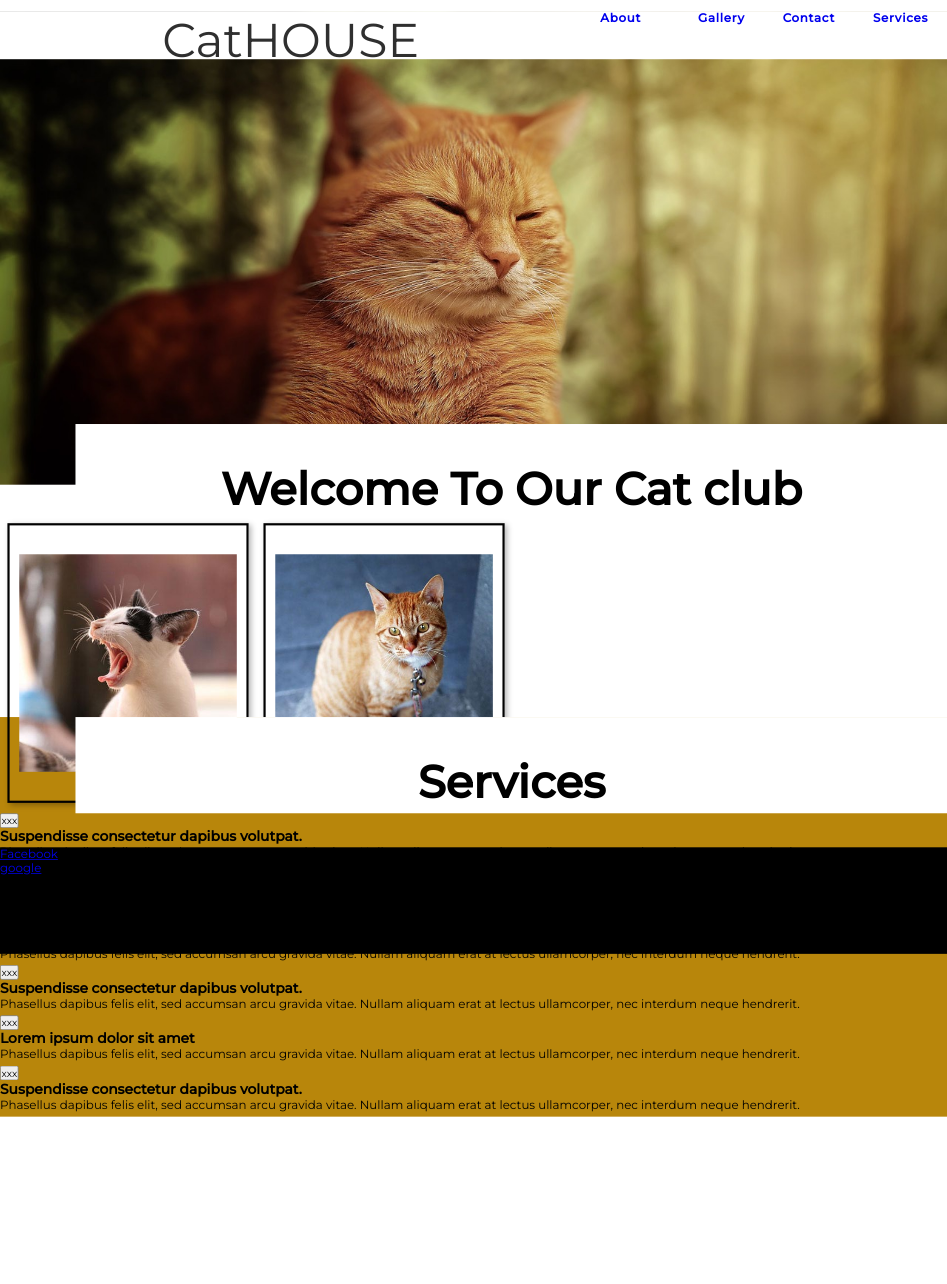
Repository: raul4264/final
Page: index.html
An editor plug-in stored every save of this project. The page is shown before and after the next save, followed by the edit.
The browser window is 1280 px wide. The pictures show the whole page, at 74% of full size.

Above is the page before, as saved 2021-03-23 13:25:52.

### index.html
<!DOCTYPE html>
<html lang="en">

<head>
    <meta charset="UTF-8" />
    <meta http-equiv="X-UA-Compatible" content="IE=edge" />
    <meta name="viewport" content="width=device-width, initial-scale=1.0" />
    <title>Cat House/Raul Novas</title>
    <link href="css/estilos.css" rel="stylesheet" type="text/css" />
</head>

<body>
<div id="grilla">
    <header>

        <div class="banner">


            <nav>
                <div class="item1"></div>
                <div class="item2"><span>Cat</span><span>HOUSE</span></div>


                <ul class="flex-container">
                    <li class="item3"><a href="about.html">About</li>
                    <li class="item4"><a href="Gallery.html">Gallery</a></li>
                    <li class="item5"><a href="Contact.html">Contact</a></li>
                    <li class="item6"><a href="Services.html ">Services</a></li>
                </ul>
            </nav>
        </div>

    </header>


    <main>
        <section class="welcome">
            <h2>Welcome To Our Cat club</h2>


               <!--  <div class="welomecaja1 ">
                    <img src="images/2.jpg " alt="imagen2 " />
                    <img src="images/3.jpg " alt="imagen3 " />
                </div>
 -->
                <div class="cards">
                    <img src="images/2.jpg" alt="Sample photo">
                    <img src="images/3.jpg" alt="Sample photo">
                   </div>

              <!--   <div class="welcomecaja2 ">
                    <p class="uno">Donec posuere cursus nibh. Mauris a sollicitudin metus. Mauris porttitor, dui maximus viverra
                        bibendum</p>
                <p class="dos">Nulla massa magna, luctus at justo et, euismod convallis mauris. Pellentesque habitant morbi tristique senectus et netus et malesuada fames ac turpis egestas. Mauris rutrum fringilla fermentum.
                </p>
                <p class="dosbis">Donec tincidunt, eros quis consectetur maximus, nibh justo pretium diam, id vehicula lacus
                        nunc eu orci. Aliquam molestie, nibh vitae pharetra semper, nunc nisi laoreet diam, et placerat
                        nulla quam non leo.</p>
                </div> -->

        </section>

        <section class="services">
            <h2>Services</h2>
            <div>
            <button>xxx</button>
            <h3>Suspendisse consectetur dapibus volutpat.</h3>
            <p>
                Phasellus dapibus felis elit, sed accumsan arcu gravida vitae. Nullam aliquam erat at lectus
                ullamcorper, nec interdum neque hendrerit.</p>
            </div>
            <div>
            <button>xxx</button>
            <h3>Lorem ipsum dolor sit amet</h3>
            <p>Phasellus dapibus felis elit, sed accumsan arcu gravida vitae. Nullam aliquam erat at lectus
                ullamcorper,
                nec interdum neque hendrerit.</p>
            </div>
            <div>
            <button>xxx</button>
            <h3>Suspendisse consectetur dapibus volutpat.</h3>
            <p>
                Phasellus dapibus felis elit, sed accumsan arcu gravida vitae. Nullam aliquam erat at lectus
                ullamcorper, nec interdum neque hendrerit.</p>
            </div>
            <div>
            <button>xxx</button>
            <h3>Suspendisse consectetur dapibus volutpat.</h3>
            <p>

                Phasellus dapibus felis elit, sed accumsan arcu gravida vitae. Nullam aliquam erat at lectus
                ullamcorper, nec interdum neque hendrerit.
            </p>
        </div>
        <div>
            <button>xxx</button>
            <h3>Lorem ipsum dolor sit amet
            </h3>
            <p>Phasellus dapibus felis elit, sed accumsan arcu gravida vitae. Nullam aliquam erat at lectus
                ullamcorper, nec interdum neque hendrerit.</p>
            </div>
            <div>
            <button>xxx</button>
            <h3>Suspendisse consectetur dapibus volutpat.</h3>
            <p>Phasellus dapibus felis elit, sed accumsan arcu gravida vitae. Nullam aliquam erat at lectus
                ullamcorper, nec interdum neque hendrerit.</p>
            </div>
            </section>
    </main>



    <footer>
        <ol>
            <li>
                <a href="http://www.facebook.com " target="blanck ">Facebook</a>
            </li>
            <li><a href="http://www.google.com " target="blanck ">google</a></li>
        </ol>
    </footer>
</div>
</body>

</html>

### css/estilos.css
@import url('https://fonts.googleapis.com/css2?family=Montserrat:wght@400;500&display=swap');
@import url('https://fonts.googleapis.com/css2?family=Montserrat:wght@400;500&family=Poppins:wght@300&display=swap');
* {
    font-family: 'Montserrat', sans-serif;
    margin: 0 ;
    padding: 0;
}
#grilla{
    display: grid;
    grid-template-columns: 100%;
    grid-template-rows:33% 33% 33% ;
}
header{
    grid-column-start:1 ;
    grid-column-end: 2;
    grid-row-start: 1;
    grid-row-end: 2;
}
main{ grid-column-start:1 ;
    grid-column-end: 2;
    grid-row-start: 2;
    grid-row-end: 3;
}
footer{ grid-column-start:1 ;
    grid-column-end: 2;
    grid-row-start: 3;
    grid-row-end: 4;
}
.banner {
    background: url(../images/1.jpg) no-repeat 0px 0px;
    background-size: cover;
    padding: 0em 0 4em;
    height: 80vh;
}

nav {
    display: flex;
    flex-direction: row;
    justify-content: space-between;
    height: 9vh;
    background-color: #ffffff;
    margin-top: 15px;
}

nav ul {
    display: flex;
}

nav ul li {
    display: flex;
    list-style: none;
}

nav ul li a {
    text-decoration: none;
    margin-right: 2vw;
}


/*---------------------------------------------------------*/
.welcome{
    height: 55vh;
    display: grid;
    grid-template-columns: ;
    grid-template-rows: ;
}
.cards {
    display: flex;
    flex-wrap: wrap;
    align-items: flex-start;
    flex-direction: row;
    max-height: 100vh;
  }
  .cards img {
    margin: 10px;
    border: 3px solid #000;
    box-shadow: 3px 3px 8px 0px rgba(0,0,0,0.3);
    max-width: 23vw;
  }
.services{
    height: 75vh;
    background-color: darkgoldenrod;
    display: grid;
    grid-template-columns: ;
    grid-template-rows: ;
}
.item1 {
    color: #2f2f2f;
    font-size: 4.5em;
    font-weight: 700;
    flex-grow: 2;
    font-family: 'Raleway', sans-serif;
}

.item2 {
    color: #2f2f2f;
    font-weight: 300;
    font-size: 4em;
    flex-grow: 2;
}

.item3 {
    color: #2f2f2f !important;
    font-size: 1em;
    text-decoration: none;
    margin-left: 2vw;
    font-weight: 600;
    font-family: 'Roboto Condensed', sans-serif;
    letter-spacing: 1px;
    flex-grow: 2;
}

.item4 {
    color: #2f2f2f !important;
    font-size: 1em;
    text-decoration: none;
    padding: 0;
    font-weight: 600;
    font-family: 'Roboto Condensed', sans-serif;
    letter-spacing: 1px;
    flex-grow: 2;
    margin-left: 2vw;
}

.item5 {
    color: #2f2f2f !important;
    font-size: 1em;
    margin: 0;
    text-decoration: none;
    font-weight: 600;
    font-family: 'Roboto Condensed', sans-serif;
    letter-spacing: 1px;
    flex-grow: 1;
    margin-left: 2vw;
}

.item6 {
    color: #2f2f2f !important;
    font-size: 1em;
    text-decoration: none;
    padding: 0;
    font-weight: 600;
    font-family: 'Roboto Condensed', sans-serif;
    letter-spacing: 1px;
    flex-grow: 1;
    margin-left: 2vw;
}

h2 {
    background-color: #ffffff;
    text-align: center;
    font-size: 3.8em;
    padding-top: 7vh;
    margin-left: 8vw;
    display: inline-block;
}

.caja {
    background-color: #ffffff;
    display: flex;
    height: 69vh;
    flex-direction: row;
    justify-content: space-around;
    align-items: center;
    box-sizing: border-box;
}

h1 {
    margin-left: 20vw;
}

.container1 {
    display: flex;
    width: 300px;
    height: 300px;
    margin-left: 120px;
}

img {
    width: 100%;
    height: 100%;
    object-fit: contain;
    padding: 1vw;
}

.container3 {
    width: 27vw;
    margin-right: 29vw;
    font-size: 10px;
    box-sizing: content-box;
    margin-top: 10px;
}

.container3 .uno {
    font-size: 2.1em;
    font-weight: bolder;
    margin-bottom: 5px;
    padding: 10px;
}

.container3 .dos {
    font-size: 1.8em;
    padding: 10px 0;
    margin-top: 10px;
}

.container3 .dosbis {
    font-size: 1.8em;
    padding: 10px 0;
    margin: 10px 0;
}



footer {
    display: flex;
    height: 20vh;
    background-color: black;
}

After the next save:
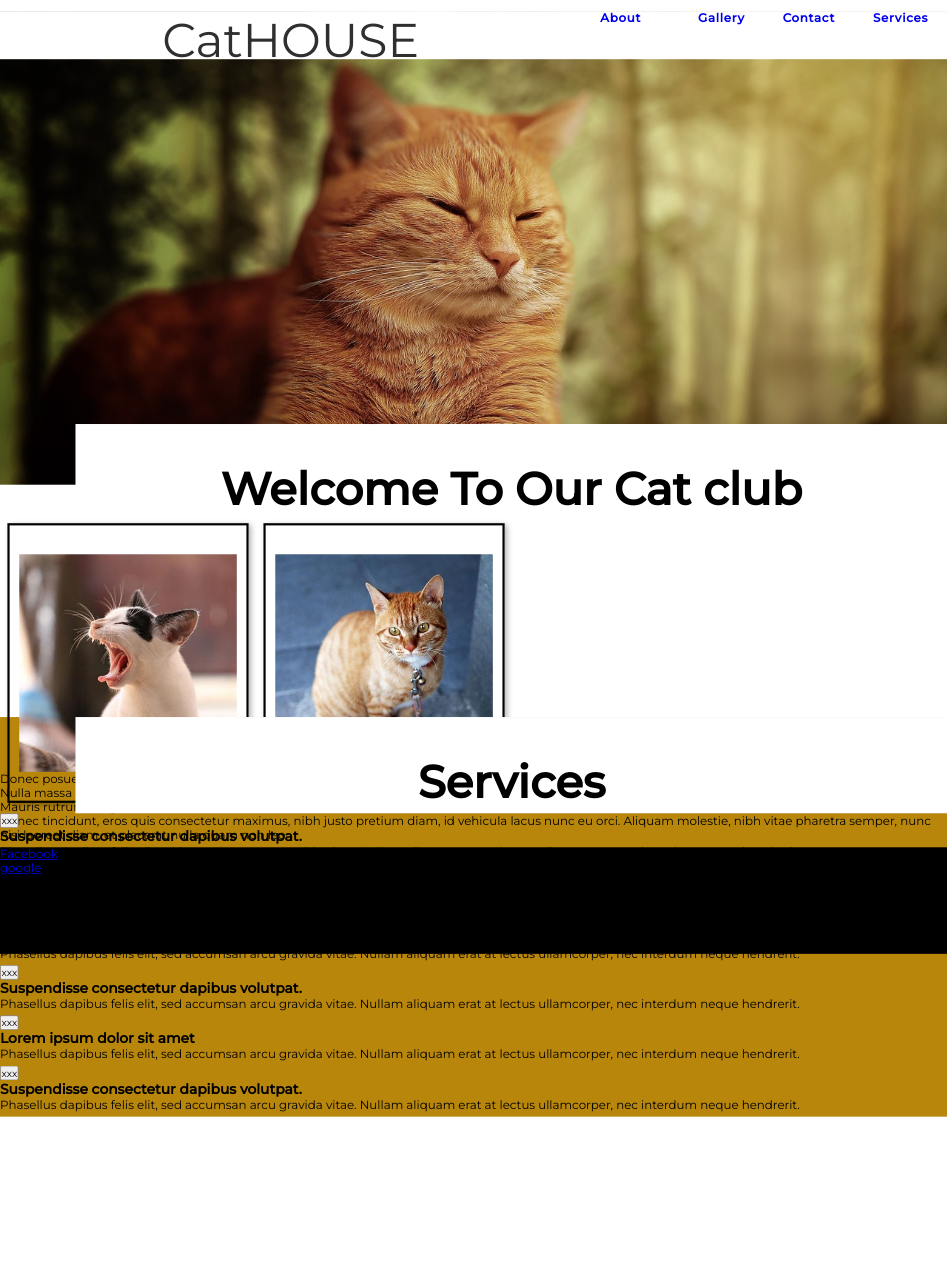
Saved 87 s later.
--- a/index.html
+++ b/index.html
@@ -38,17 +38,13 @@
             <h2>Welcome To Our Cat club</h2>
 
 
-               <!--  <div class="welomecaja1 ">
-                    <img src="images/2.jpg " alt="imagen2 " />
-                    <img src="images/3.jpg " alt="imagen3 " />
-                </div>
- -->
+
                 <div class="cards">
                     <img src="images/2.jpg" alt="Sample photo">
                     <img src="images/3.jpg" alt="Sample photo">
                    </div>
 
-              <!--   <div class="welcomecaja2 ">
+                 <div class="cards2 ">
                     <p class="uno">Donec posuere cursus nibh. Mauris a sollicitudin metus. Mauris porttitor, dui maximus viverra
                         bibendum</p>
                 <p class="dos">Nulla massa magna, luctus at justo et, euismod convallis mauris. Pellentesque habitant morbi tristique senectus et netus et malesuada fames ac turpis egestas. Mauris rutrum fringilla fermentum.
@@ -56,7 +52,7 @@
                 <p class="dosbis">Donec tincidunt, eros quis consectetur maximus, nibh justo pretium diam, id vehicula lacus
                         nunc eu orci. Aliquam molestie, nibh vitae pharetra semper, nunc nisi laoreet diam, et placerat
                         nulla quam non leo.</p>
-                </div> -->
+                </div>
 
         </section>
 
